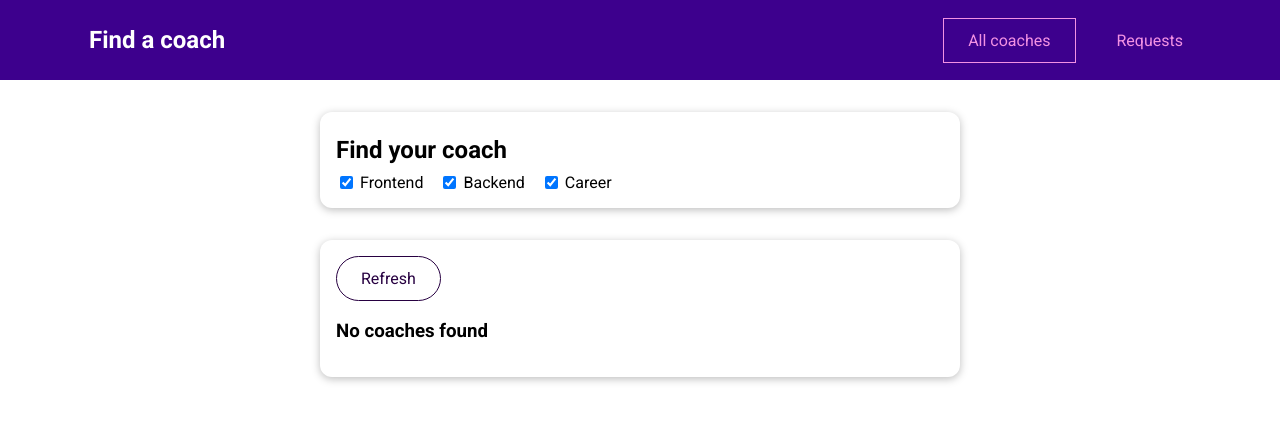
Repository: DaveBaulch/vue-course-find-a-coach
Page: /
The author's editor kept a copy of each file at every save. The page is drawn from the files as they stood at one save, then again after the next save.
The browser window is 1280 px wide. The pictures show the whole page.
The page's requests for data from a server got no answer. The project was rebuilt for these pictures with package versions that can differ from the ones it lists, and the page was loaded fresh each time. No one was signed in, and anything a server would have sent is missing. Also part of the build but not shown: src/pages/coaches/CoachDetail.vue, src/components/coaches/CoachItem.vue, src/components/ui/BaseSpinner.vue, src/components/coaches/CoachForm.vue, src/pages/coaches/CoachRegistration.vue, src/pages/requests/ContactCoach.vue, src/components/requests/RequestItem.vue, src/pages/requests/RequestsReceived.vue and 1 more. Imported but missing from the stored project, and not drawn on this page: src/pages/NotFound.vue.

Above is the page before, as saved 2021-01-24 13:45:06.

After the next save:
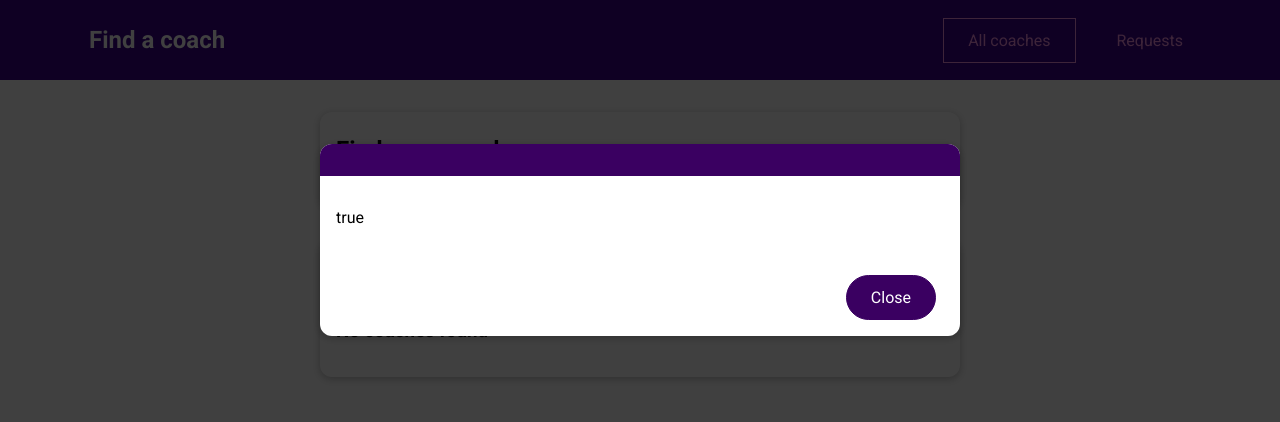
Saved 9 s later.
--- a/src/pages/coaches/CoachesList.vue
+++ b/src/pages/coaches/CoachesList.vue
@@ -50,7 +50,7 @@
   data() {
     return {
       isLoading: false,
-      error: null,
+      error: true,
       activeFilters: {
         frontend: true,
         backend: true,
